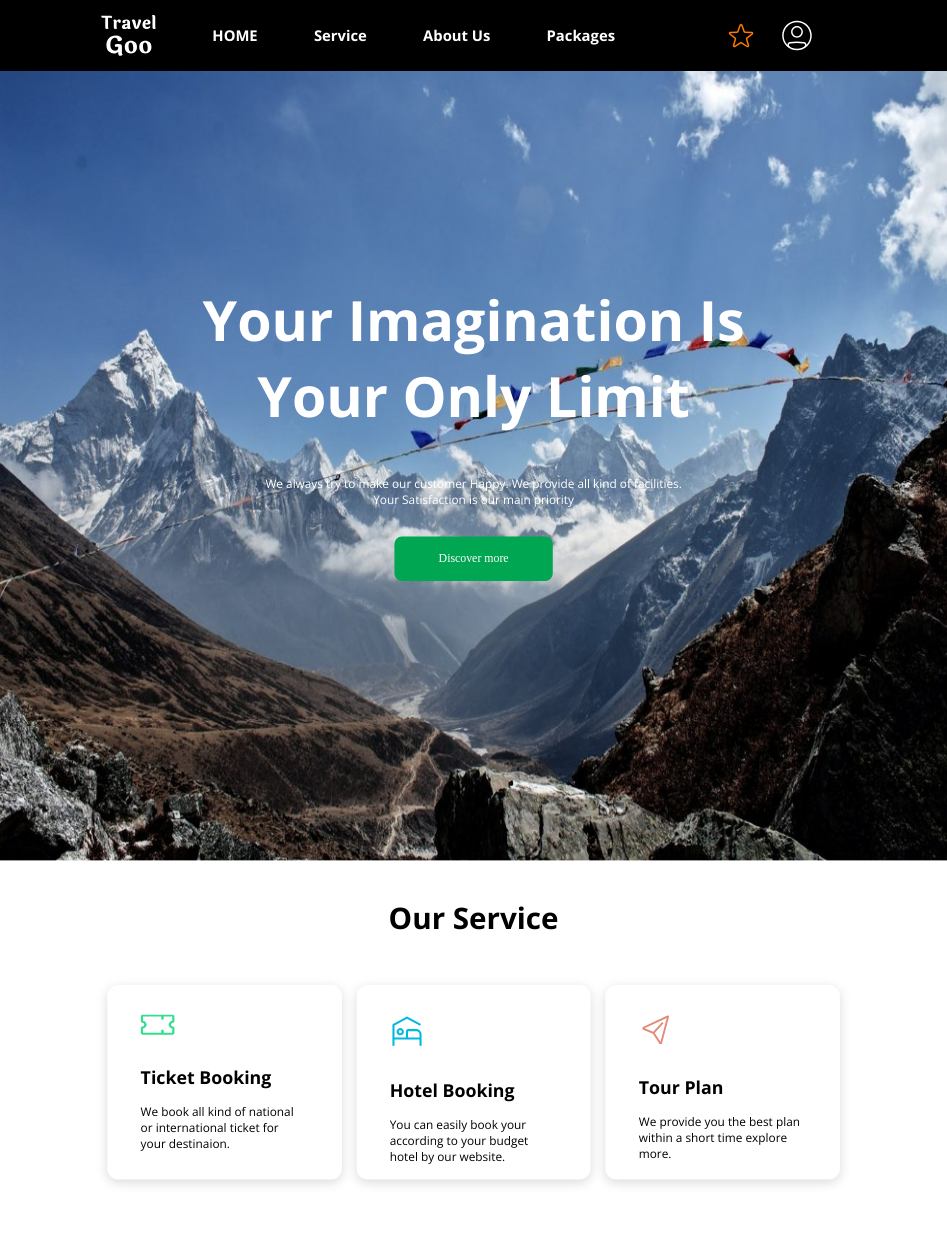
Repository: kubrazamanova/Background-Image
Page: index.html
These files come from the project's save history. The page is drawn as it stood at one moment and after the next save; the edit follows.
The browser window is 1280 px wide. The pictures show the whole page, at 74% of full size.

Above is the page before, as saved 2023-10-17 18:59:41.

### index.html
<!DOCTYPE html>
<html lang="en">
  <head>
    <meta charset="UTF-8" />
    <meta name="viewport" content="width=device-width, initial-scale=1.0" />
    <link rel="stylesheet" href="index.css" />
    <title>Document</title>
  </head>
  <body>
    <div class="container">
      <div class="home-page">
        <nav>
          <img src="./image/Travel Goo.svg" alt="" />
          <ul>
            <li>
              <a href="#">HOME</a>
            </li>
            <li>
              <a href="#service-page">Service</a>
            </li>
            <li>
              <a href="#">About Us</a>
            </li>

            <li>
              <a href="#">Packages</a>
            </li>
          </ul>
          <div class="photo1">
            <img src="./image/star.svg" alt="" />
            <img src="./image/user.svg" alt="" />
          </div>
        </nav>

        <main>
          <h1>Your Imagination Is Your Only Limit</h1>
          <p>
            We always try to make our customer Happy. We provide all kind of
            facilities. Your Satisfaction is our main priority
          </p>
          <a href="#">Discover more</a>
        </main>
      </div>
      <div id="service-page">
        <div class="our-service-page">
          <h1>Our Service</h1>

          <ul>
            <li>
              <svg
                xmlns="http://www.w3.org/2000/svg"
                width="46"
                height="28"
                viewBox="0 0 46 28"
                fill="none"
              >
                <path
                  d="M44.3571 10.9036C44.7929 10.9036 45.2107 10.76 45.5188 10.5044C45.8269 10.2488 46 9.90215 46 9.54067V2.72591C46 2.00295 45.6538 1.30961 45.0376 0.7984C44.4214 0.287193 43.5857 0 42.7143 0H3.28571C2.41429 0 1.57855 0.287193 0.962363 0.7984C0.346172 1.30961 0 2.00295 0 2.72591V9.54067C0 9.90215 0.173086 10.2488 0.481182 10.5044C0.789277 10.76 1.20714 10.9036 1.64286 10.9036C2.51428 10.9036 3.35002 11.1908 3.96621 11.702C4.5824 12.2132 4.92857 12.9066 4.92857 13.6295C4.92857 14.3525 4.5824 15.0458 3.96621 15.557C3.35002 16.0682 2.51428 16.3554 1.64286 16.3554C1.20714 16.3554 0.789277 16.499 0.481182 16.7546C0.173086 17.0102 0 17.3569 0 17.7184V24.5332C0 25.2561 0.346172 25.9495 0.962363 26.4607C1.57855 26.9719 2.41429 27.2591 3.28571 27.2591H42.7143C43.5857 27.2591 44.4214 26.9719 45.0376 26.4607C45.6538 25.9495 46 25.2561 46 24.5332V17.7184C46 17.3569 45.8269 17.0102 45.5188 16.7546C45.2107 16.499 44.7929 16.3554 44.3571 16.3554C43.4857 16.3554 42.65 16.0682 42.0338 15.557C41.4176 15.0458 41.0714 14.3525 41.0714 13.6295C41.0714 12.9066 41.4176 12.2132 42.0338 11.702C42.65 11.1908 43.4857 10.9036 44.3571 10.9036ZM42.7143 18.9042V24.5332H31.2143V20.4443H27.9286V24.5332H3.28571V18.9042C4.69199 18.5992 5.93673 17.9161 6.82512 16.9617C7.71351 16.0073 8.19542 14.8354 8.19542 13.6295C8.19542 12.4237 7.71351 11.2518 6.82512 10.2974C5.93673 9.34297 4.69199 8.65984 3.28571 8.3549V2.72591H27.9286V6.81477H31.2143V2.72591H42.7143V8.3549C41.308 8.65984 40.0633 9.34297 39.1749 10.2974C38.2865 11.2518 37.8046 12.4237 37.8046 13.6295C37.8046 14.8354 38.2865 16.0073 39.1749 16.9617C40.0633 17.9161 41.308 18.5992 42.7143 18.9042Z"
                  fill="#32DF8F"
                />
              </svg>
              <b>Ticket Booking</b>
              <p>
                We book all kind of national or international ticket for your
                destinaion.
              </p>
            </li>

            <li>
              <svg
                xmlns="http://www.w3.org/2000/svg"
                width="45"
                height="45"
                viewBox="0 0 45 45"
                fill="none"
              >
                <path
                  d="M13.3594 21.0938C13.7766 21.0938 14.1844 21.2175 14.5313 21.4492C14.8782 21.681 15.1485 22.0105 15.3082 22.3959C15.4678 22.7813 15.5096 23.2055 15.4282 23.6146C15.3468 24.0238 15.1459 24.3997 14.8509 24.6947C14.5559 24.9897 14.1801 25.1906 13.7709 25.272C13.3617 25.3534 12.9376 25.3116 12.5522 25.1519C12.1667 24.9923 11.8373 24.7219 11.6055 24.375C11.3737 24.0281 11.25 23.6203 11.25 23.2031C11.25 22.6437 11.4722 22.1072 11.8678 21.7116C12.2634 21.316 12.7999 21.0938 13.3594 21.0938ZM13.3594 18.2812C12.3859 18.2813 11.4343 18.5699 10.6249 19.1107C9.81553 19.6516 9.18468 20.4203 8.81216 21.3196C8.43963 22.219 8.34216 23.2086 8.53207 24.1633C8.72199 25.1181 9.19075 25.9951 9.87909 26.6834C10.5674 27.3718 11.4444 27.8405 12.3992 28.0304C13.3539 28.2203 14.3435 28.1229 15.2429 27.7503C16.1423 27.3778 16.9109 26.747 17.4518 25.9376C17.9926 25.1282 18.2813 24.1766 18.2813 23.2031C18.2813 21.8978 17.7627 20.6459 16.8397 19.7228C15.9166 18.7998 14.6647 18.2812 13.3594 18.2812Z"
                  fill="#00B8E0"
                />
                <path
                  d="M35.1562 19.6875H23.9062C23.1603 19.6875 22.445 19.9838 21.9175 20.5112C21.3901 21.0387 21.0938 21.7541 21.0938 22.5V30.9375H5.625V14.9062L22.5 5.82185L40.1203 15.3L41.4422 12.825L23.1609 2.98122C22.9575 2.87289 22.7305 2.81622 22.5 2.81622C22.2695 2.81622 22.0425 2.87289 21.8391 2.98122L3.55781 12.825C3.33326 12.9445 3.14536 13.1228 3.01411 13.3407C2.88285 13.5586 2.81318 13.8081 2.8125 14.0625V42.1875H5.625V33.75H39.375V42.1875H42.1875V26.7187C42.1875 24.8539 41.4467 23.0655 40.1281 21.7469C38.8095 20.4283 37.0211 19.6875 35.1562 19.6875ZM23.9062 30.9375V22.5H35.1562C36.2751 22.5 37.3482 22.9444 38.1394 23.7356C38.9305 24.5268 39.375 25.5998 39.375 26.7187V30.9375H23.9062Z"
                  fill="#00B8E0"
                />
              </svg>
              <b>Hotel Booking</b>
              <p>
                You can easily book your according to your budget hotel by our
                website.
              </p>
            </li>

            <li>
              <svg
                xmlns="http://www.w3.org/2000/svg"
                width="41"
                height="41"
                viewBox="0 0 41 41"
                fill="none"
              >
                <path
                  d="M37.9926 1.59009C37.7551 1.39292 37.4665 1.26731 37.1604 1.22788C36.8543 1.18845 36.5432 1.23683 36.2635 1.36739L2.7016 17.1207V20.1689L16.7983 25.8076L25.8404 39.7187H28.8893L38.5227 3.25115C38.6008 2.9525 38.5925 2.6378 38.4986 2.34372C38.4047 2.04964 38.2293 1.78828 37.9926 1.59009ZM27.0069 36.8113L19.2348 24.8538L31.1947 11.7545L29.3024 10.0267L17.2488 23.2282L5.62605 18.5791L35.5307 4.54201L27.0069 36.8113Z"
                  fill="#E48B78"
                />
              </svg>
              <b>Tour Plan</b>
              <p>
                We provide you the best plan within a short time explore more.
              </p>
            </li>
          </ul>
        </div>
        <!-- <div class="best-service">
          <h1>We always try to give you the best service</h1>
          <p>
            We always try to make our customer Happy. We provide all kind of
            facilities. Your Satisfaction is our main priority.
          </p>

          <ul>
            <li>
              <svg
                xmlns="http://www.w3.org/2000/svg"
                width="42"
                height="42"
                viewBox="0 0 42 42"
                fill="none"
              >
                <g clip-path="url(#clip0_10_30)">
                  <path
                    d="M39.375 3.93291L28.8658 3.93295V1.31714C28.8658 0.591982 28.2785 0.00463867 27.5533 0.00463867C26.8282 0.00463867 26.2408 0.591982 26.2408 1.31714V3.93229H15.7408V1.31714C15.7408 0.591982 15.1535 0.00463867 14.4283 0.00463867C13.7032 0.00463867 13.1158 0.591982 13.1158 1.31714V3.93229H2.625C1.17534 3.93229 0 5.10764 0 6.55729V39.3698C0 40.8194 1.17534 41.9948 2.625 41.9948H39.375C40.8247 41.9948 42 40.8194 42 39.3698V6.55729C42 5.10825 40.8247 3.93291 39.375 3.93291ZM39.375 39.3698H2.625V6.55729H13.1158V7.87964C13.1158 8.60475 13.7032 9.19214 14.4283 9.19214C15.1535 9.19214 15.7408 8.60475 15.7408 7.87964V6.55795H26.2408V7.88029C26.2408 8.60545 26.8282 9.19279 27.5533 9.19279C28.2785 9.19279 28.8658 8.60545 28.8658 7.88029V6.55795H39.375V39.3698ZM30.1875 20.9954H32.8125C33.537 20.9954 34.125 20.4074 34.125 19.6829V17.0579C34.125 16.3334 33.537 15.7454 32.8125 15.7454H30.1875C29.463 15.7454 28.875 16.3334 28.875 17.0579V19.6829C28.875 20.4074 29.463 20.9954 30.1875 20.9954ZM30.1875 31.4948H32.8125C33.537 31.4948 34.125 30.9074 34.125 30.1823V27.5573C34.125 26.8328 33.537 26.2448 32.8125 26.2448H30.1875C29.463 26.2448 28.875 26.8328 28.875 27.5573V30.1823C28.875 30.9081 29.463 31.4948 30.1875 31.4948ZM22.3125 26.2448H19.6875C18.963 26.2448 18.375 26.8328 18.375 27.5573V30.1823C18.375 30.9074 18.963 31.4948 19.6875 31.4948H22.3125C23.037 31.4948 23.625 30.9074 23.625 30.1823V27.5573C23.625 26.8334 23.037 26.2448 22.3125 26.2448ZM22.3125 15.7454H19.6875C18.963 15.7454 18.375 16.3334 18.375 17.0579V19.6829C18.375 20.4074 18.963 20.9954 19.6875 20.9954H22.3125C23.037 20.9954 23.625 20.4074 23.625 19.6829V17.0579C23.625 16.3328 23.037 15.7454 22.3125 15.7454ZM11.8125 15.7454H9.1875C8.463 15.7454 7.875 16.3334 7.875 17.0579V19.6829C7.875 20.4074 8.463 20.9954 9.1875 20.9954H11.8125C12.537 20.9954 13.125 20.4074 13.125 19.6829V17.0579C13.125 16.3328 12.537 15.7454 11.8125 15.7454ZM11.8125 26.2448H9.1875C8.463 26.2448 7.875 26.8328 7.875 27.5573V30.1823C7.875 30.9074 8.463 31.4948 9.1875 31.4948H11.8125C12.537 31.4948 13.125 30.9074 13.125 30.1823V27.5573C13.125 26.8334 12.537 26.2448 11.8125 26.2448Z"
                    fill="#005F15"
                  />
                </g>
                <defs>
                  <clipPath id="clip0_10_30">
                    <rect width="42" height="42" fill="white" />
                  </clipPath>
                </defs>
              </svg>
              <b>15+</b>
              <p>Years of Experience</p>
            </li>

            <li>
              <svg
                xmlns="http://www.w3.org/2000/svg"
                width="43"
                height="43"
                viewBox="0 0 43 43"
                fill="none"
              >
                <path
                  d="M37.2891 33.2578H8.39844V7.05469C8.39844 6.86992 8.24727 6.71875 8.0625 6.71875H5.71094C5.52617 6.71875 5.375 6.86992 5.375 7.05469V35.9453C5.375 36.1301 5.52617 36.2812 5.71094 36.2812H37.2891C37.4738 36.2812 37.625 36.1301 37.625 35.9453V33.5938C37.625 33.409 37.4738 33.2578 37.2891 33.2578ZM12.0938 29.8984H14.4453C14.6301 29.8984 14.7812 29.7473 14.7812 29.5625V23.5156C14.7812 23.3309 14.6301 23.1797 14.4453 23.1797H12.0938C11.909 23.1797 11.7578 23.3309 11.7578 23.5156V29.5625C11.7578 29.7473 11.909 29.8984 12.0938 29.8984ZM18.4766 29.8984H20.8281C21.0129 29.8984 21.1641 29.7473 21.1641 29.5625V16.125C21.1641 15.9402 21.0129 15.7891 20.8281 15.7891H18.4766C18.2918 15.7891 18.1406 15.9402 18.1406 16.125V29.5625C18.1406 29.7473 18.2918 29.8984 18.4766 29.8984ZM24.8594 29.8984H27.2109C27.3957 29.8984 27.5469 29.7473 27.5469 29.5625V19.4004C27.5469 19.2156 27.3957 19.0645 27.2109 19.0645H24.8594C24.6746 19.0645 24.5234 19.2156 24.5234 19.4004V29.5625C24.5234 29.7473 24.6746 29.8984 24.8594 29.8984ZM31.2422 29.8984H33.5938C33.7785 29.8984 33.9297 29.7473 33.9297 29.5625V12.7656C33.9297 12.5809 33.7785 12.4297 33.5938 12.4297H31.2422C31.0574 12.4297 30.9062 12.5809 30.9062 12.7656V29.5625C30.9062 29.7473 31.0574 29.8984 31.2422 29.8984Z"
                  fill="#005F15"
                />
              </svg>
              <b>15k+</b>
              <p>Happy Travellers</p>
            </li>

            <li>
              <svg
                xmlns="http://www.w3.org/2000/svg"
                width="43"
                height="43"
                viewBox="0 0 43 43"
                fill="none"
              >
                <path
                  d="M21.5 32.25L13.3166 20.6938C11.9771 19.1122 11.1145 17.1827 10.8292 15.1299C10.5439 13.0771 10.8478 10.9855 11.7053 9.09874C12.5628 7.21193 13.9387 5.60758 15.6728 4.47252C17.4068 3.33747 19.4277 2.71843 21.5 2.6875C24.3726 2.71589 27.1168 3.88155 29.1317 5.92918C31.1466 7.97681 32.2679 10.7395 32.25 13.6122C32.2511 16.1182 31.3979 18.5497 29.8312 20.5056L21.5 32.25ZM21.5 5.375C19.339 5.39982 17.2763 6.28119 15.7646 7.8256C14.253 9.37001 13.416 11.4512 13.4375 13.6122C13.4465 15.5846 14.1561 17.4896 15.4397 18.9872L21.5 27.5738L27.7216 18.8125C28.9042 17.3363 29.553 15.5036 29.5625 13.6122C29.584 11.4512 28.747 9.37001 27.2354 7.8256C25.7237 6.28119 23.6609 5.39982 21.5 5.375Z"
                  fill="#005F15"
                />
                <path
                  d="M21.5 14.7812C22.9843 14.7812 24.1875 13.578 24.1875 12.0938C24.1875 10.6095 22.9843 9.40625 21.5 9.40625C20.0157 9.40625 18.8125 10.6095 18.8125 12.0938C18.8125 13.578 20.0157 14.7812 21.5 14.7812Z"
                  fill="#005F15"
                />
                <path
                  d="M37.625 16.125H34.9375V18.8125H37.625V37.625H5.375V18.8125H8.0625V16.125H5.375C4.66223 16.125 3.97865 16.4081 3.47465 16.9122C2.97065 17.4162 2.6875 18.0997 2.6875 18.8125V37.625C2.6875 38.3378 2.97065 39.0213 3.47465 39.5253C3.97865 40.0294 4.66223 40.3125 5.375 40.3125H37.625C38.3378 40.3125 39.0213 40.0294 39.5253 39.5253C40.0294 39.0213 40.3125 38.3378 40.3125 37.625V18.8125C40.3125 18.0997 40.0294 17.4162 39.5253 16.9122C39.0213 16.4081 38.3378 16.125 37.625 16.125Z"
                  fill="#005F15"
                />
              </svg>
              <b>650+</b>
              <p>Places Visited</p>
            </li>

            <li>
              <svg
                xmlns="http://www.w3.org/2000/svg"
                width="35"
                height="35"
                viewBox="0 0 35 35"
                fill="none"
              >
                <path
                  d="M3.09169 19.7254C4.17377 26.6977 10.2404 32.0775 17.5015 32.0775C25.5209 32.0775 32.0819 25.5164 32.0819 17.497C32.0819 9.47767 25.5223 2.91663 17.5029 2.91663C12.6934 2.91663 8.46127 5.25142 5.83335 8.74996V2.91808L2.92106 2.91663L2.91669 13.125H13.125V10.2083L8.45981 10.2068C10.5 7.58475 13.8571 5.83329 17.5029 5.83329C23.9167 5.83329 29.1667 11.0833 29.1667 17.497C29.1667 23.9108 23.9167 29.1622 17.5015 29.1622C11.8461 29.1622 7.10065 25.0877 6.05502 19.7254H3.09169Z"
                  fill="#005F15"
                />
                <path
                  d="M16.0446 10.2069V17.939L20.7127 24.2054L23.046 22.4598L18.9612 17.0625V10.2069H16.0446Z"
                  fill="#005F15"
                />
              </svg>
              <b>2k+</b>
              <p>Travel History</p>
            </li>
          </ul>
        </div> -->
      </div>
    </div>
  </body>
</html>

### index.css
@import url("https://fonts.googleapis.com/css2?family=Open+Sans:wght@400;700&display=swap");
* {
  margin: 0;
  padding: 0;
  box-sizing: border-box;
}

.home-page {
  min-height: 100vh;
  background-image: url("./image/mount-everest-1313x875.jpg");
  background-repeat: no-repeat;
  background-size: 100% 100%;
}

.home-page nav {
  width: 100%;
  padding: 20px 145px 20px 136px;
  background-color: black;
  display: flex;
  justify-content: space-between;
  position: fixed;
}

.home-page ul {
  display: flex;
  align-items: center;
}

.home-page ul li a {
  margin-right: 76px;
  list-style-type: none;
  text-decoration: none;
  color: #fff;
  font-family: Open Sans;
  font-size: 20px;
  font-style: normal;
  font-weight: 600;
  line-height: normal;
}
.home-page .photo1 {
  display: flex;
  align-items: center;
}

.home-page .photo1 img {
  margin-right: 34px;
}

main {
  padding: 381px 475px 378px 475px;
  display: flex;
  flex-direction: column;
  justify-content: center;
  align-items: center;
}

.home-page h1 {
  width: 779px;
  color: #fff;
  text-align: center;
  font-family: Open Sans;
  font-size: 75px;
  font-style: normal;
  font-weight: 800;
  line-height: normal;
}

.home-page p {
  width: 568px;
  margin-top: 57px;
  color: #fff;
  text-align: center;
  font-family: Open Sans;
  font-size: 16px;
  font-style: normal;
  font-weight: 400;
  line-height: normal;
}

.home-page main a {
  display: block;
  margin-top: 39px;
  width: 214px;
  height: 60px;
  border-radius: 10px;
  background: #00a651;
  text-decoration: none;
  color: white;
  display: flex;
  justify-content: center;
  align-items: center;
}

.our-service-page {
  padding: 50px 145px 88px 145px;
  background-color: #fff;
}

.our-service-page h1 {
  color: #000;
  text-align: center;
  font-family: Open Sans;
  font-size: 40px;
  font-style: normal;
  font-weight: 700;
  line-height: normal;
}

.our-service-page ul {
  display: flex;
  justify-content: space-between;
  margin-top: 63px;
}

.our-service-page ul li {
  width: 32%;
  padding: 40px 50px 20px 45px;
  /* margin-right: 95px; */
  list-style-type: none;
  border-radius: 15px;
  background-color: #f9f9f9;
  border-radius: 15px;
  background: #fff;
  box-shadow: 0px 4px 16px 0px rgba(0, 0, 0, 0.15);

}

.our-service-page ul li svg {
  width: 46px;
  margin-bottom: 36px;
}

.our-service-page ul li b {
  /* width: 177px; */
  display: block;
  margin-bottom: 19px;
  color: #000;
  /* text-align: center; */
  font-family: Open Sans;
  font-size: 24px;
  font-style: normal;
  font-weight: 700;
  line-height: normal;
}

.our-service-page ul li p {
  /* width: 319px; */
  color: #000;
  font-family: Open Sans;
  font-size: 16px;
  font-style: normal;
  font-weight: 400;
  line-height: normal;
}

.best-service {
  padding: 169px 167px 113px 176px;
  min-height: 100vh;
  background: rgba(0, 88, 83, 0.05);
  display: flex;
  flex-direction: column;
  justify-content: center;
  align-items: center;
}

.best-service h1 {
  width: 518px;
  color: #000;
  text-align: center;
  font-family: Open Sans;
  font-size: 40px;
  font-style: normal;
  font-weight: 700;
  line-height: normal;
}

.best-service p {
  width: 495px;
  margin-top: 19px;
  color: #000;
  text-align: center;
  font-family: Open Sans;
  font-size: 16px;
  font-style: normal;
  font-weight: 400;
  line-height: normal;
}

.best-service ul {
  margin-top: 118px;
  display: flex;
}

.best-service ul li {
  list-style-type: none;
  width: 250px;
  height: 250px;
  border-radius: 15px;
  background: #fff;
  margin-right: 136px;
  display: flex;
  flex-direction: column;
  align-items: center;
}

.best-service svg {
  margin-top: 43px;
  width: 42px;
  height: 42px;
}

.best-service b {
  margin-top: 19px;
  color: #000;
  font-family: Open Sans;
  font-size: 36px;
  font-style: normal;
  font-weight: 700;
  line-height: normal;
}

.best-service p {
  color: #000;
  text-align: center;
  font-family: Open Sans;
  font-size: 20px;
  font-style: normal;
  font-weight: 400;
  line-height: normal;
}

After the next save:
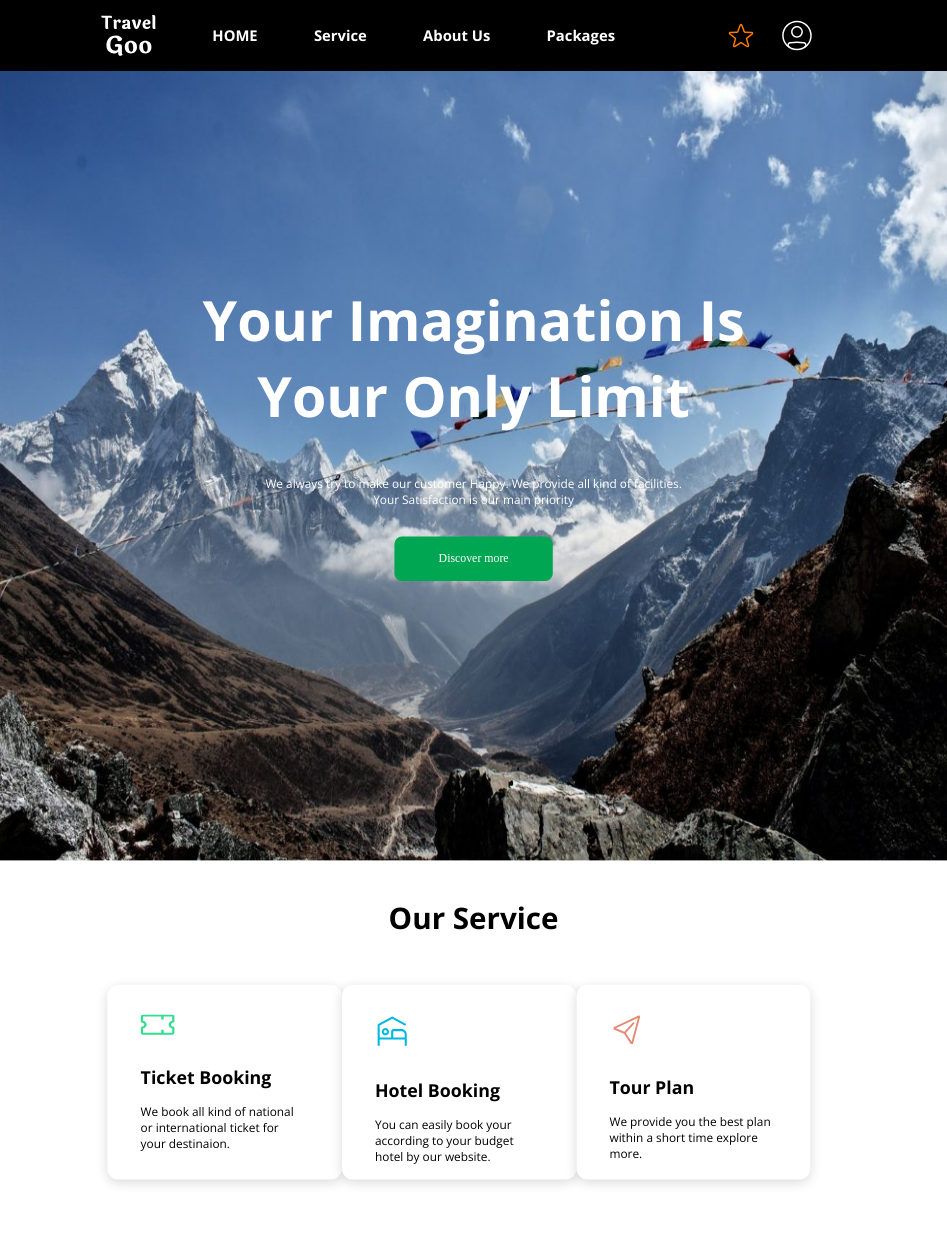
Saved 25 s later.
--- a/index.css
+++ b/index.css
@@ -108,7 +108,7 @@
 
 .our-service-page ul {
   display: flex;
-  justify-content: space-between;
+  /* justify-content: space-between; */
   margin-top: 63px;
 }
 

After the save that followed:
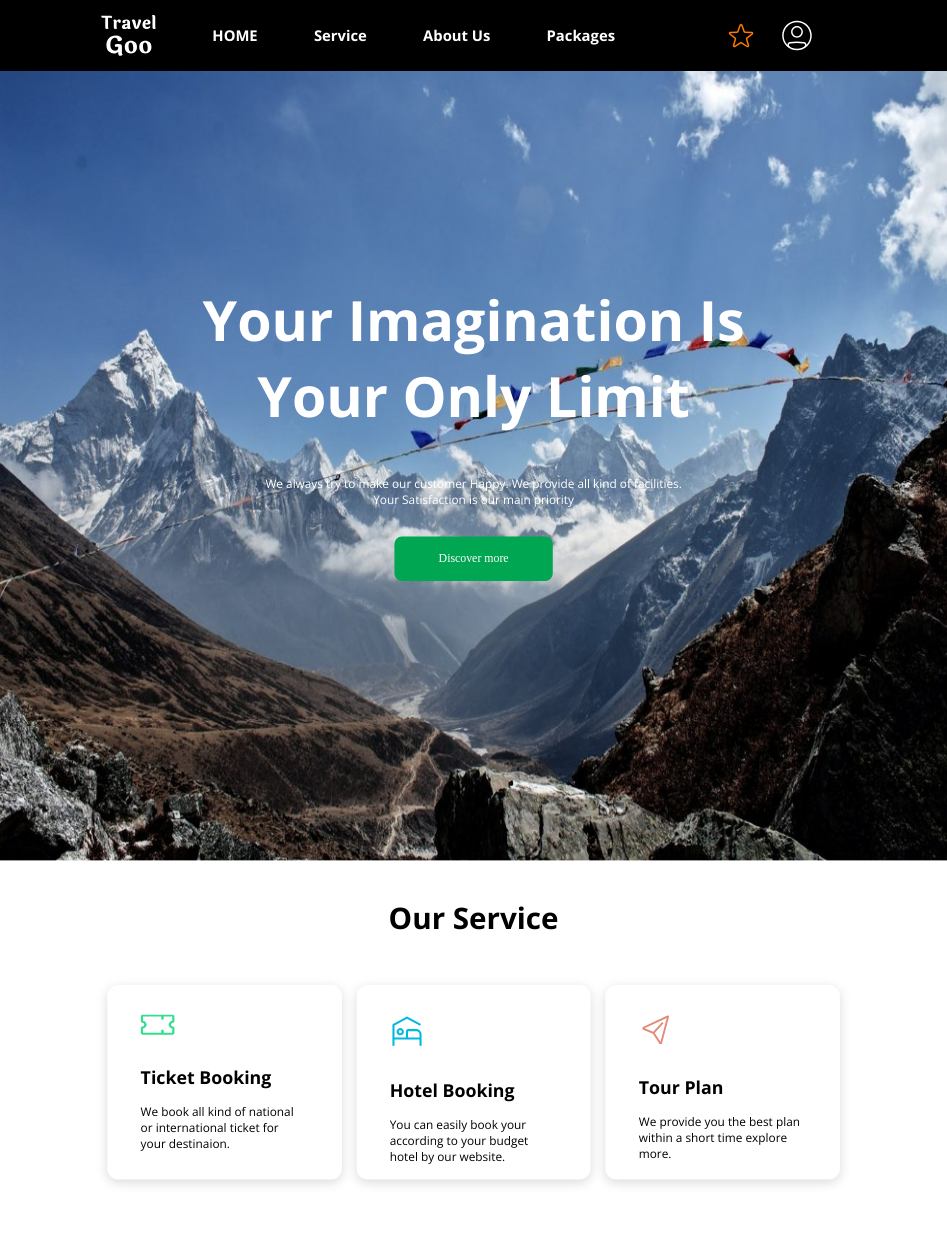
Saved 9 s later.
--- a/index.css
+++ b/index.css
@@ -108,7 +108,7 @@
 
 .our-service-page ul {
   display: flex;
-  /* justify-content: space-between; */
+  justify-content: space-between;
   margin-top: 63px;
 }
 
